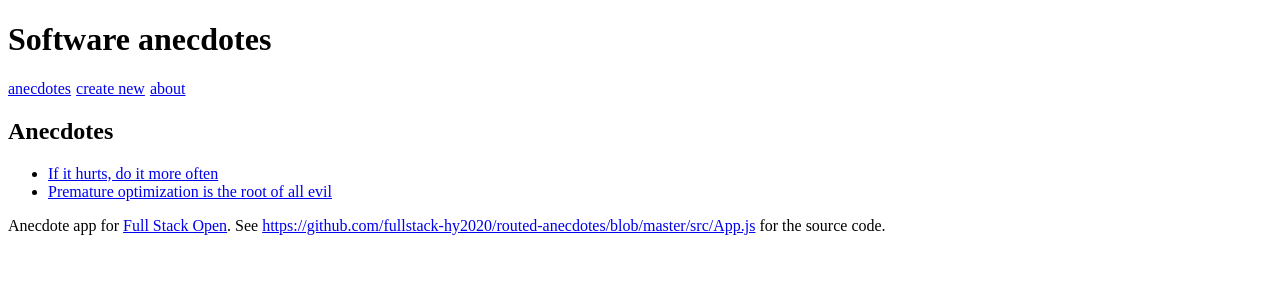
Repository: aqsazahid/router-anecdote
Page: /
These files come from the project's save history. The page is drawn as it stood at one moment and after the next save; the edit follows.
The browser window is 1280 px wide. The pictures show the whole page.
The project was rebuilt for these pictures with package versions that can differ from the ones it lists, and the page was loaded fresh each time. Also part of the build but not shown: vite.config.js.

Above is the page before, as saved 2024-08-29 12:30:18.

### src/App.jsx
import { useState } from 'react'
import { BrowserRouter as Router, Routes, Route, Link,useParams,useNavigate} from 'react-router-dom'
const Menu = () => {
  const padding = {
    paddingRight: 5
  }
  return (
    <div>
      <Link to="/" style={padding}>anecdotes</Link>
      <Link to="/create" style={padding}>create new</Link>
      <Link to="/about" style={padding}>about</Link>
    </div>
  )
}

const AnecdoteList = ({ anecdotes }) => (
  <div>
    <h2>Anecdotes</h2>
    <ul>
      {anecdotes.map(anecdote => <li key={anecdote.id} ><Link to={`/anecdotes/${anecdote.id}`}>{anecdote.content}</Link></li>)}
    </ul>
  </div>
)

const Anecdote = ({anecdotes}) => {
  const id = useParams().id
  const anecdote = anecdotes.find(n => n.id === Number(id))
  return (
    <div>
      <h2>{anecdote.content}</h2>
    </div>
  )
}

const About = () => (
  <div>
    <h2>About anecdote app</h2>
    <p>According to Wikipedia:</p>

    <em>An anecdote is a brief, revealing account of an individual person or an incident.
      Occasionally humorous, anecdotes differ from jokes because their primary purpose is not simply to provoke laughter but to reveal a truth more general than the brief tale itself,
      such as to characterize a person by delineating a specific quirk or trait, to communicate an abstract idea about a person, place, or thing through the concrete details of a short narrative.
      An anecdote is "a story with a point."</em>

    <p>Software engineering is full of excellent anecdotes, at this app you can find the best and add more.</p>
  </div>
)

const Footer = () => (
  <div>
    Anecdote app for <a href='https://fullstackopen.com/'>Full Stack Open</a>.

    See <a href='https://github.com/fullstack-hy2020/routed-anecdotes/blob/master/src/App.js'>https://github.com/fullstack-hy2020/routed-anecdotes/blob/master/src/App.js</a> for the source code.
  </div>
)

const CreateNew = (props) => {
  const [content, setContent] = useState('')
  const [author, setAuthor] = useState('')
  const [info, setInfo] = useState('')

  const navigate = useNavigate();
  const handleSubmit = (e) => {
    e.preventDefault()
    props.addNew({
      content,
      author,
      info,
      votes: 0
    })
    setNotification(`A new anecdote "${content}" created!`)
    navigate('/')

    setTimeout(() => {
      setNotification('')
    }, 5000)
  }

  return (
    <div>
      <h2>create a new anecdote</h2>
      <form onSubmit={handleSubmit}>
        <div>
          content
          <input name='content' value={content} onChange={(e) => setContent(e.target.value)} />
        </div>
        <div>
          author
          <input name='author' value={author} onChange={(e) => setAuthor(e.target.value)} />
        </div>
        <div>
          url for more info
          <input name='info' value={info} onChange={(e)=> setInfo(e.target.value)} />
        </div>
        <button>create</button>
      </form>
    </div>
  )

}

const Notification = ({ message }) => {
  if (!message) return null

  return (
    <div style={{ border: '1px solid green', padding: 10, marginBottom: 20 }}>
      {message}
    </div>
  )
}

const App = () => {
  const [anecdotes, setAnecdotes] = useState([
    {
      content: 'If it hurts, do it more often',
      author: 'Jez Humble',
      info: 'https://martinfowler.com/bliki/FrequencyReducesDifficulty.html',
      votes: 0,
      id: 1
    },
    {
      content: 'Premature optimization is the root of all evil',
      author: 'Donald Knuth',
      info: 'http://wiki.c2.com/?PrematureOptimization',
      votes: 0,
      id: 2
    }
  ])

  const [notification, setNotification] = useState('')

  const addNew = (anecdote) => {
    anecdote.id = Math.round(Math.random() * 10000)
    setAnecdotes(anecdotes.concat(anecdote))
  }

  const anecdoteById = (id) =>
    anecdotes.find(a => a.id === id)

  const vote = (id) => {
    const anecdote = anecdoteById(id)

    const voted = {
      ...anecdote,
      votes: anecdote.votes + 1
    }

    setAnecdotes(anecdotes.map(a => a.id === id ? voted : a))
  }

  return (
    <Router>
    <div>
      <h1>Software anecdotes</h1>
      <Menu />
      <Notification message={notification} />
      <Routes>
        <Route path="/" element={<AnecdoteList anecdotes={anecdotes} />} />
        <Route path="/anecdotes" element={<AnecdoteList anecdotes={anecdotes} />} />
        <Route path="/anecdotes/:id" element={<Anecdote anecdotes={anecdotes} />} />
        <Route path="/create" element={<CreateNew addNew={addNew} />} />
        <Route path="/about" element={<About />} />
      </Routes>
      <Footer />
    </div>
    </Router>
  )
}

export default App

Loaded but not shown: index.html (common file); src/main.jsx (common file)

After the next save:
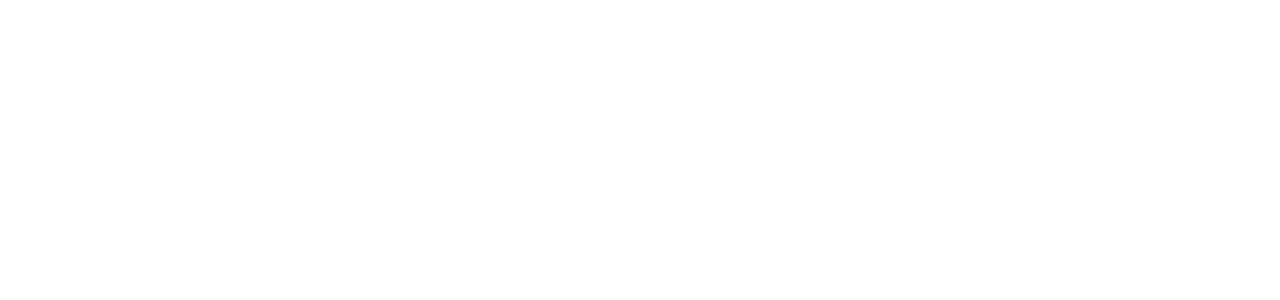
Console error (its wording comes from the project's code and is left out).
Saved 81 s later.
--- a/src/App.jsx
+++ b/src/App.jsx
@@ -59,7 +59,6 @@
   const [author, setAuthor] = useState('')
   const [info, setInfo] = useState('')
 
-  const navigate = useNavigate();
   const handleSubmit = (e) => {
     e.preventDefault()
     props.addNew({
@@ -68,12 +67,12 @@
       info,
       votes: 0
     })
-    setNotification(`A new anecdote "${content}" created!`)
-    navigate('/')
+    // setNotification(`A new anecdote "${content}" created!`)
+    // navigate('/')
 
-    setTimeout(() => {
-      setNotification('')
-    }, 5000)
+    // setTimeout(() => {
+    //   setNotification('')
+    // }, 5000)
   }
 
   return (
@@ -110,6 +109,7 @@
 }
 
 const App = () => {
+  const navigate = useNavigate();
   const [anecdotes, setAnecdotes] = useState([
     {
       content: 'If it hurts, do it more often',
@@ -132,6 +132,12 @@
   const addNew = (anecdote) => {
     anecdote.id = Math.round(Math.random() * 10000)
     setAnecdotes(anecdotes.concat(anecdote))
+    setNotification(`A new anecdote "${anecdote.content}" created!`)
+    navigate('/')
+
+    setTimeout(() => {
+      setNotification('')
+    }, 5000)
   }
 
   const anecdoteById = (id) =>

After the save that followed:
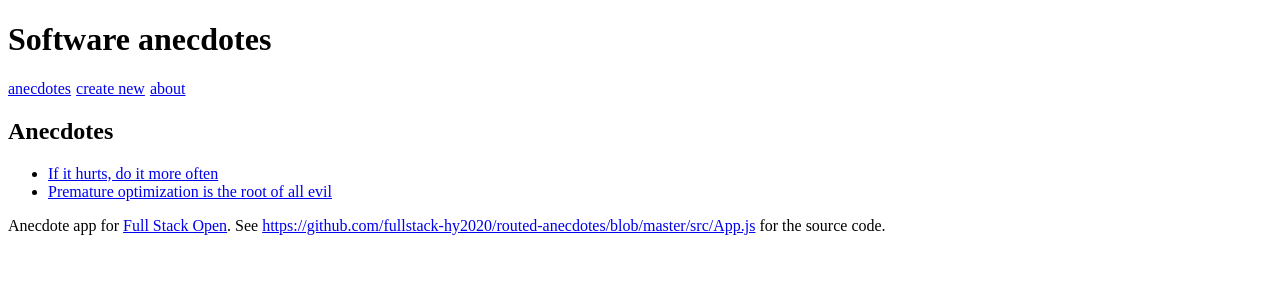
The error is gone.
Saved 59 s later.
--- a/src/App.jsx
+++ b/src/App.jsx
@@ -59,6 +59,7 @@
   const [author, setAuthor] = useState('')
   const [info, setInfo] = useState('')
 
+  const navigate = useNavigate();
   const handleSubmit = (e) => {
     e.preventDefault()
     props.addNew({
@@ -67,12 +68,12 @@
       info,
       votes: 0
     })
-    // setNotification(`A new anecdote "${content}" created!`)
-    // navigate('/')
+    setNotification(`A new anecdote "${content}" created!`)
+    navigate('/')
 
-    // setTimeout(() => {
-    //   setNotification('')
-    // }, 5000)
+    setTimeout(() => {
+      setNotification('')
+    }, 5000)
   }
 
   return (
@@ -109,7 +110,6 @@
 }
 
 const App = () => {
-  const navigate = useNavigate();
   const [anecdotes, setAnecdotes] = useState([
     {
       content: 'If it hurts, do it more often',
@@ -132,12 +132,6 @@
   const addNew = (anecdote) => {
     anecdote.id = Math.round(Math.random() * 10000)
     setAnecdotes(anecdotes.concat(anecdote))
-    setNotification(`A new anecdote "${anecdote.content}" created!`)
-    navigate('/')
-
-    setTimeout(() => {
-      setNotification('')
-    }, 5000)
   }
 
   const anecdoteById = (id) =>
